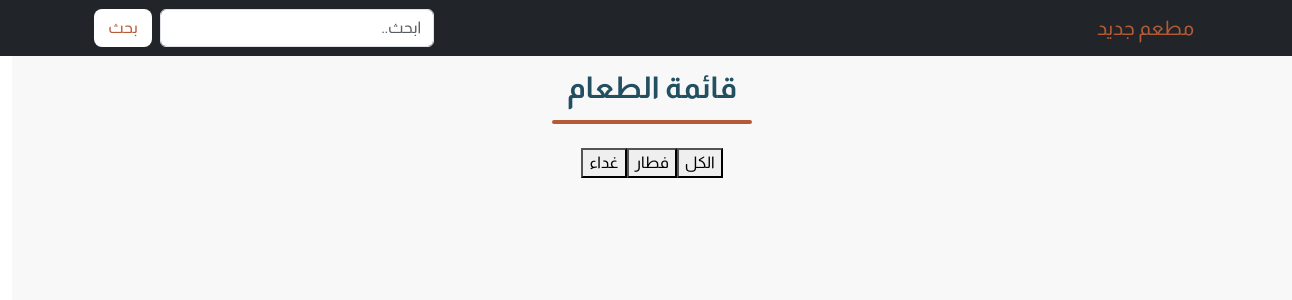
Repository: kerlos-alfy/Restaurant-Menu
Page: /
These files come from the project's save history. The page is drawn as it stood at one moment and after the next save; the edit follows.
The browser window is 1280 px wide. The page is 1292 px wide, so the pictures cover 1292 px, including what lies to the right of the window. The pictures show the whole page.
Some web fonts or font styles are not loaded; a fallback is used. The project was rebuilt for these pictures with package versions that can differ from the ones it lists, and the page was loaded fresh each time. Also part of the build but not shown: vite.config.js, src/App.css.

Above is the page before, as saved 2024-12-20 01:20:10.

After the next save:
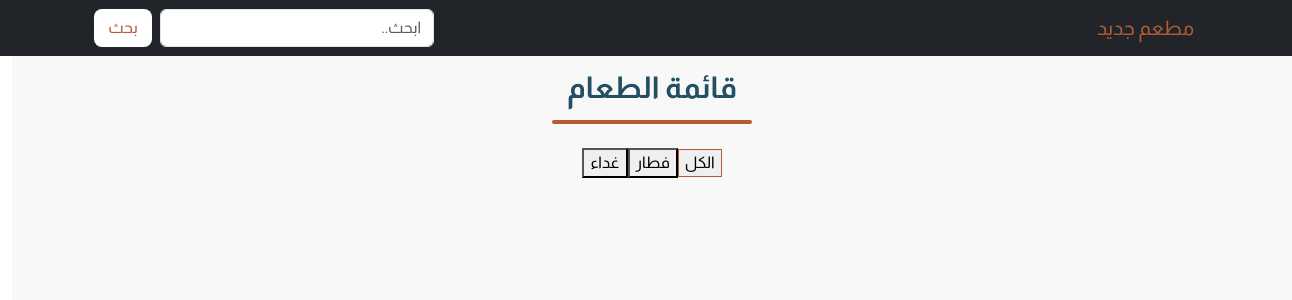
Saved 35 s later.
--- a/src/components/Category.jsx
+++ b/src/components/Category.jsx
@@ -5,7 +5,9 @@ const Category = () => {
 		<Row className="my-2 mb-5">
 			<Col sm="12" className=" justify-content-center d-flex">
 				<div>
-					<button className="btn-mx-2">الكل</button>
+					<button style={{ border: "1px solid #b45b35" }} className="btn-mx-2">
+						الكل
+					</button>
 					<button className="btn-mx-2">فطار</button>
 					<button className="btn-mx-2">غداء</button>
 				</div>
